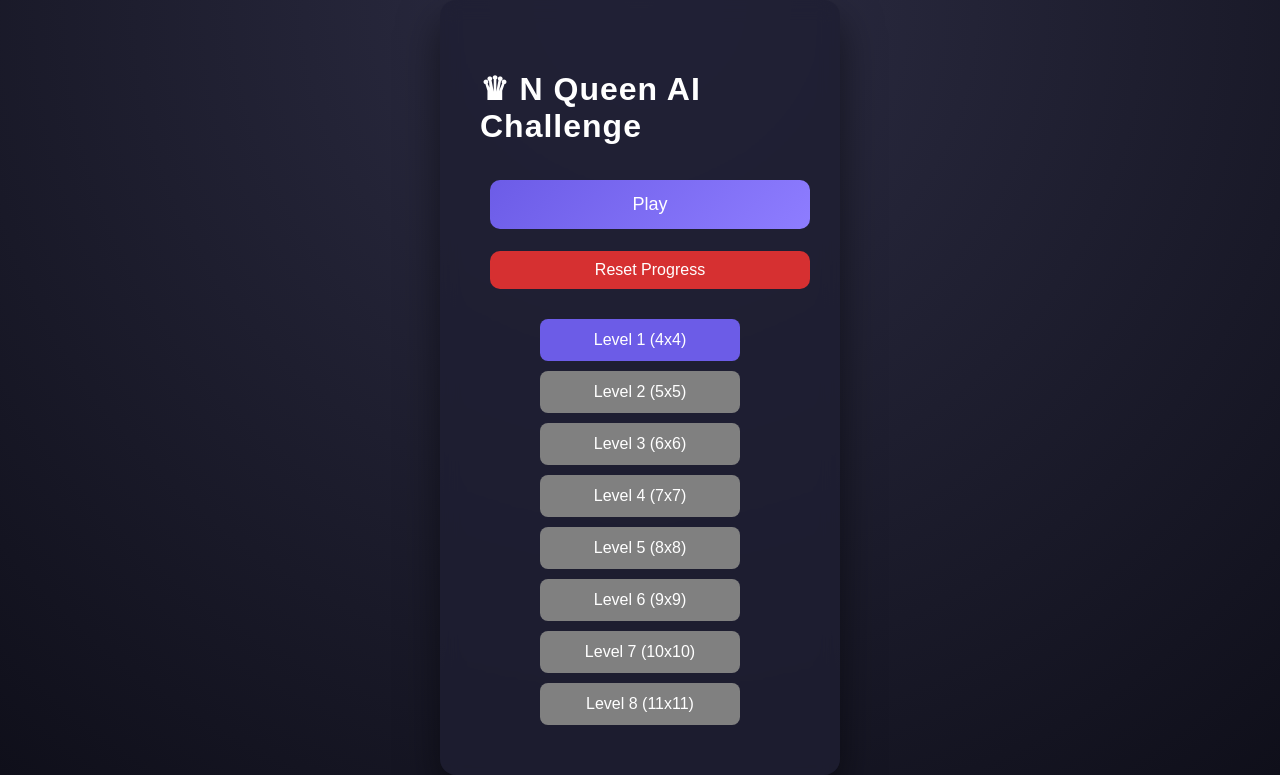
Repository: lissaintech/NQueen
Page: index.html
An editor plug-in stored every save of this project. The page is shown before and after the next save, followed by the edit.
The browser window is 1280 px wide. The pictures show the whole page.

Above is the page before, as saved 2026-03-08 19:12:51.

After the next save:
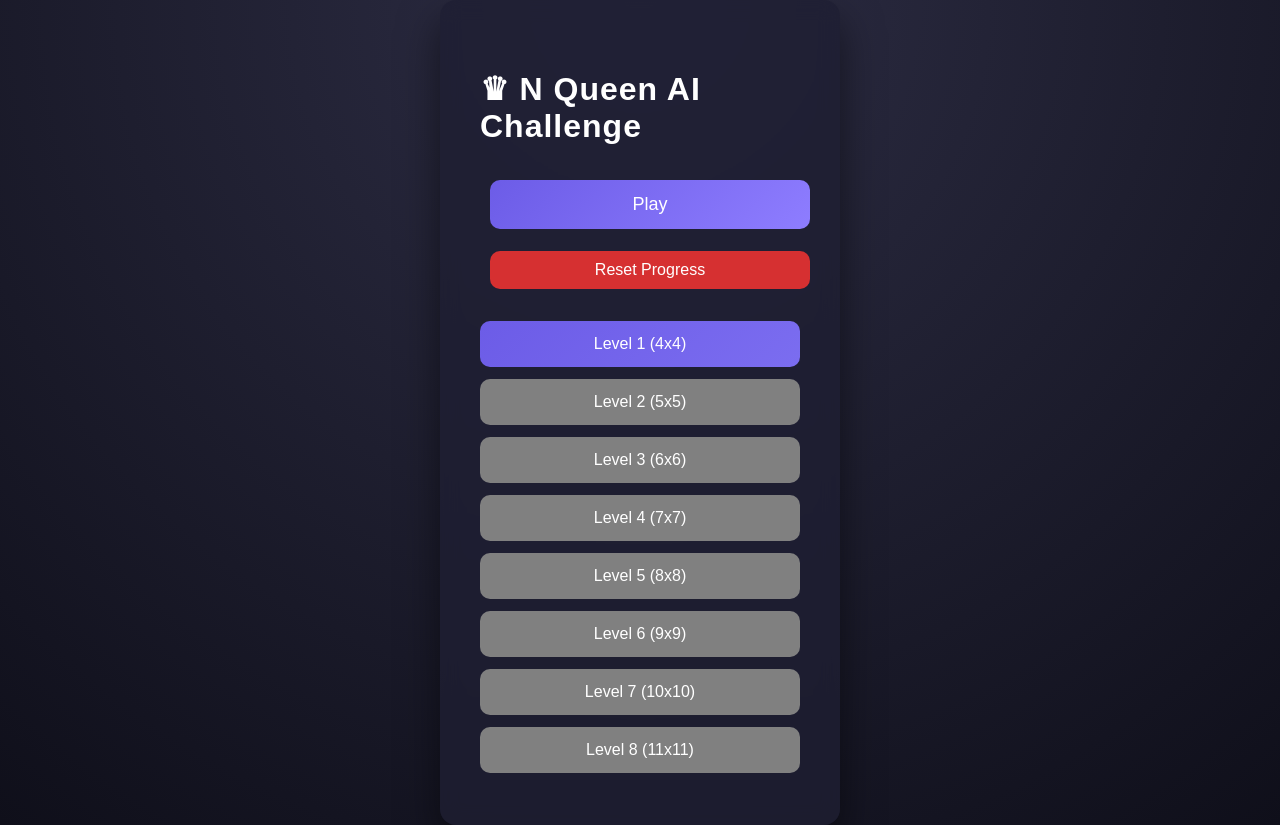
Saved 7 s later.
--- a/style.css
+++ b/style.css
@@ -214,3 +214,22 @@ cursor:pointer;
 background:#b71c1c;
 
 }
+
+
+#levels button{
+
+display:block;
+
+margin:12px auto;
+
+width:100%;
+
+padding:14px;
+
+font-size:16px;
+
+border-radius:10px;
+
+background:linear-gradient(135deg,#6c5ce7,#7b6df0);
+
+}
